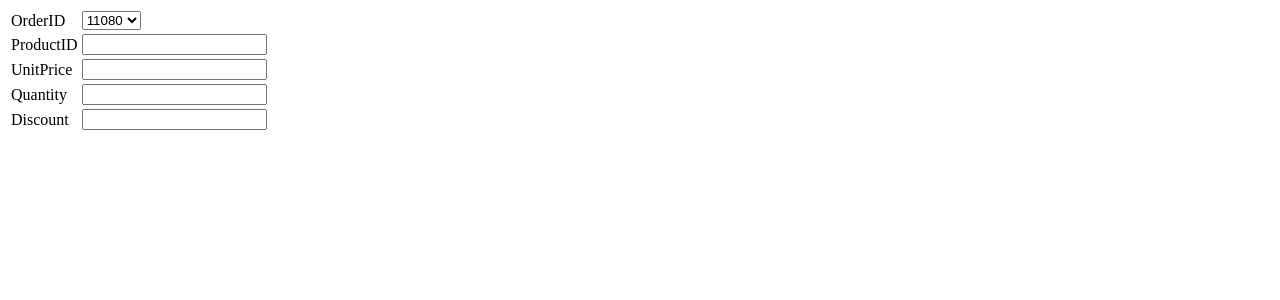
Repository: kaza1509/PRJ301
Page: SE1613/web/addOrderDetail.html
These files come from the project's save history. The page is drawn as it stood at one moment and after a run of saves; the edit follows.
The browser window is 1280 px wide. The pictures show the whole page.

Above is the page before, as saved 2022-01-20 00:52:28.

### SE1613/web/addOrderDetail.html
<!DOCTYPE html>
<html lang="en">
    <head>
        <meta charset="UTF-8">
        <meta http-equiv="X-UA-Compatible" content="IE=edge">
        <meta name="viewport" content="width=device-width, initial-scale=1.0">
        <title>Document</title>
    </head>
    <body>
        <form action="" method="post">
            <table>
                <tr>
                    <td>OrderID</td>
                    <td>
                        <select name="orderId">
                            <option value="11080">11080</option>
                            <option value="11081">11081</option>
                            <option value="11082">11082</option>
                        </select>
                    </td>
                </tr>
                <tr>
                    <td>ProductID</td>
                    <td>
                        <input type="number" name="productId">
                    </td>
                </tr>
                <tr>
                    <td>UnitPrice</td>
                    <td>
                        <input type="number" name="unitPrice" step="0.1">
                    </td>
                </tr>
                <tr>
                    <td>Quantity</td>
                    <td>
                        <input type="number" name="quantity">
                    </td>
                </tr>
                <tr>
                    <td>Discount</td>
                    <td>
                        <input type="number" name="discount" step="0.1">
                    </td>
                </tr>
            </table>
        </form>
    </body>
</html>

After the next 2 saves:
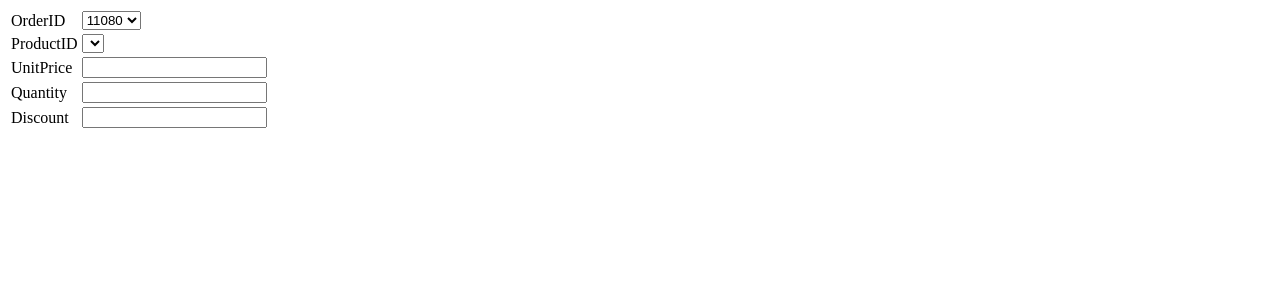
The 2 saves are shown as one change because they came seconds apart.
The last was saved 9 s later.
--- a/SE1613/web/addOrderDetail.html
+++ b/SE1613/web/addOrderDetail.html
@@ -22,7 +22,7 @@
                 <tr>
                     <td>ProductID</td>
                     <td>
-                        <input type="number" name="productId">
+                        <select name="" id=""></select>
                     </td>
                 </tr>
                 <tr>
